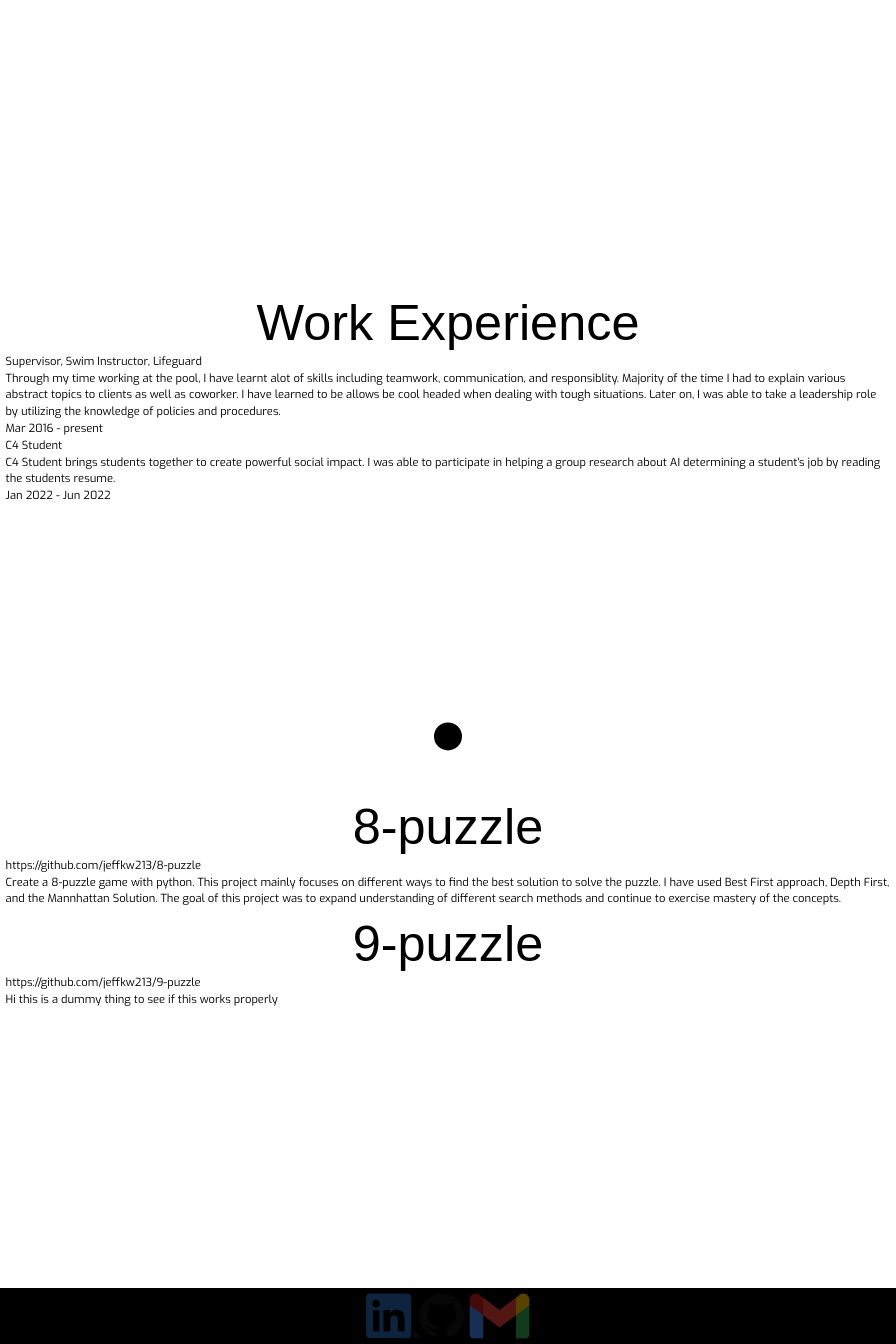
Repository: Jeffkw213/profile_website
Page: /
These files come from the project's save history. The page is drawn as it stood at one moment and after the next save; the edit follows.
The browser window is 1280 px wide. The pictures show the part of the page from y = 1040 to 2960 px (the page is 2960 px tall), at 70% of full size.
Some web fonts or font styles are not loaded; a fallback is used. The project was rebuilt for these pictures with package versions that can differ from the ones it lists, and the page was loaded fresh each time. Also part of the build but not shown: vite.config.js.

Above is the page before, as saved 2022-09-30 15:48:15.

After the next save:
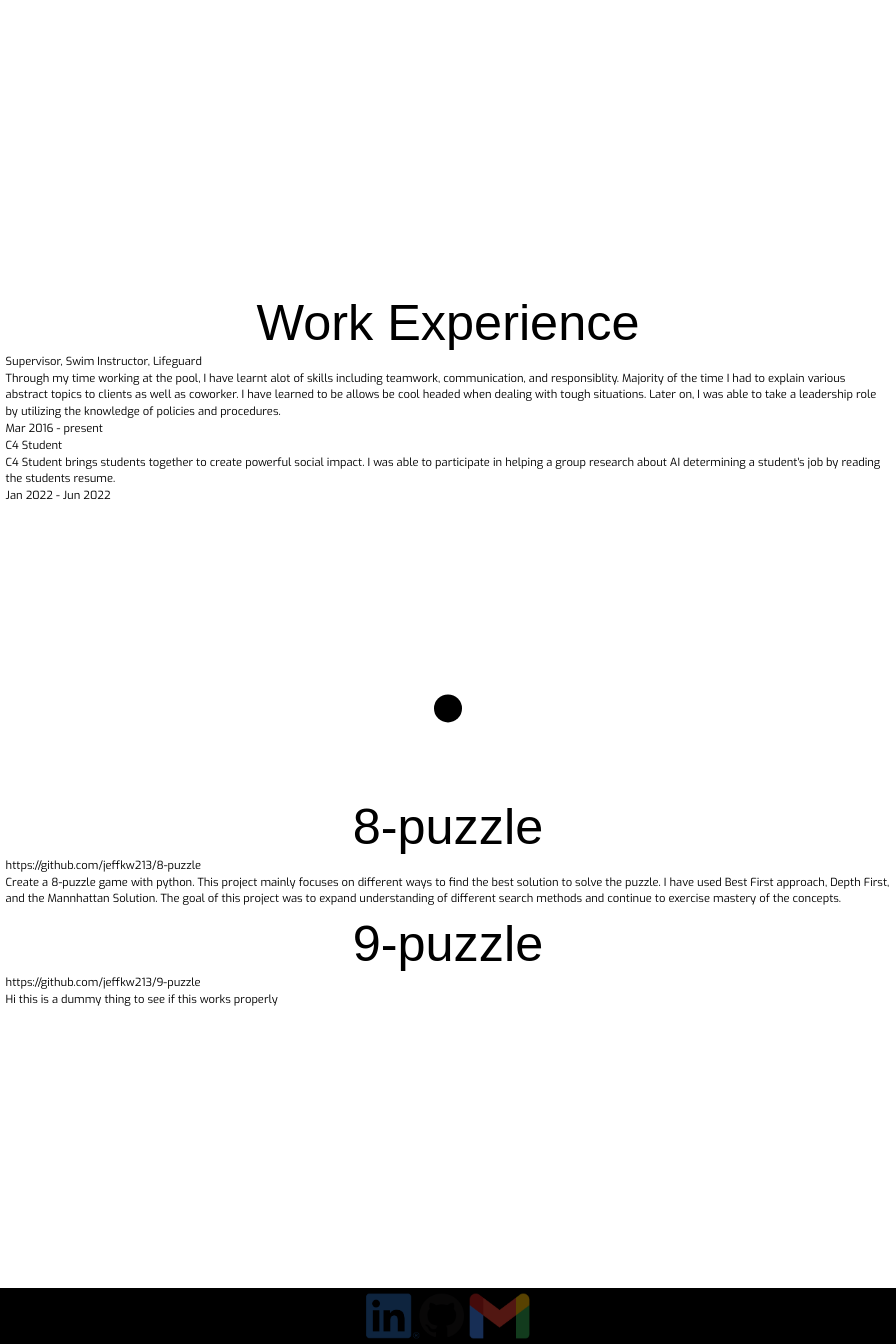
Saved 4 s later.
--- a/src/components/Work.jsx
+++ b/src/components/Work.jsx
@@ -11,7 +11,7 @@ export default function Work({ employ }) {
           </div>
         );
       })}
-            <div className="m-10 bg-black mt-auto h-10 w-10 rounded-full"></div>
+            <div className="m-20 bg-black mt-auto h-10 w-10 rounded-full"></div>
 
     </div>
   );
